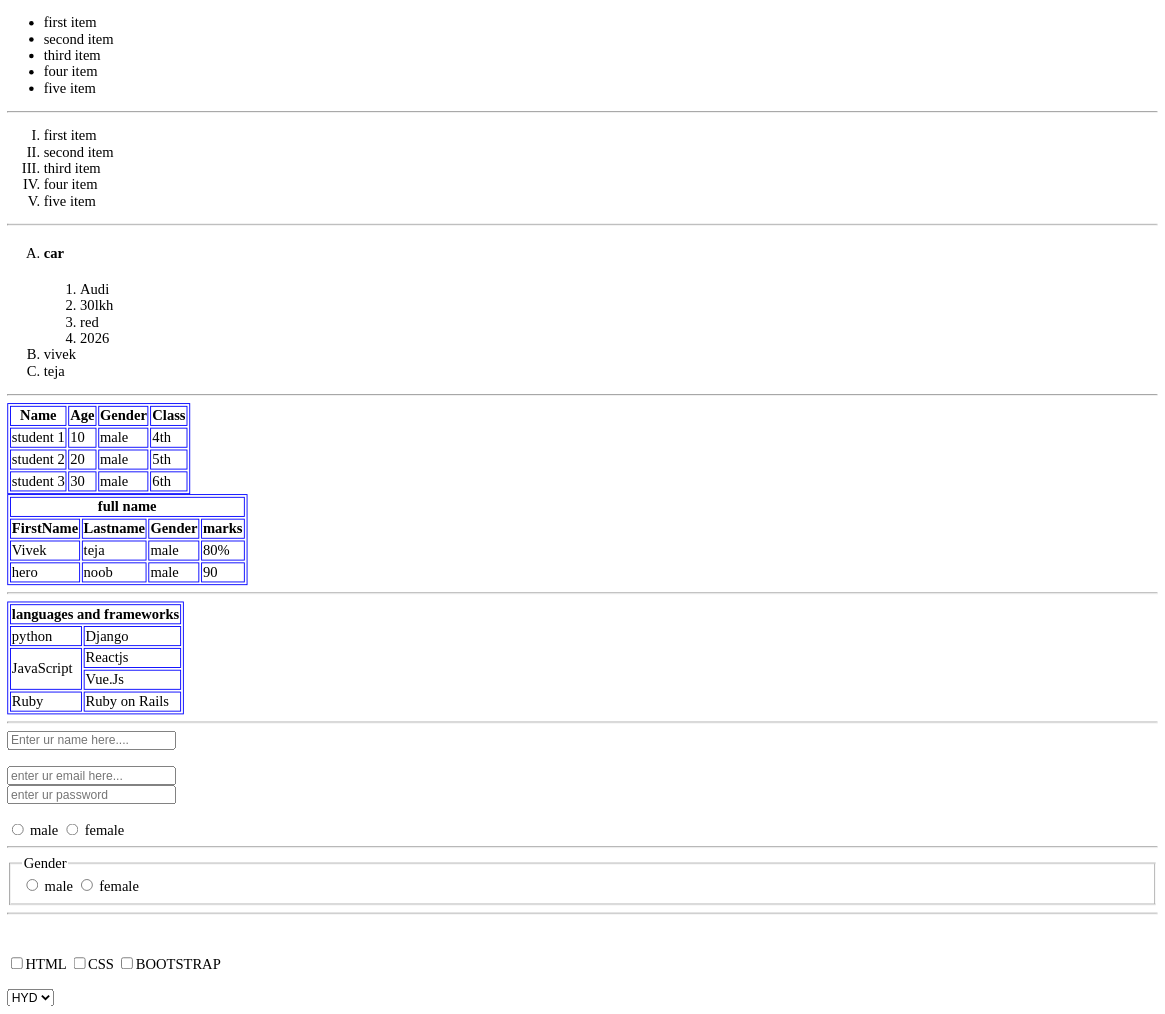
Repository: viveknaidu007/repo-166-Full-Stack-Development-Learning-Notes-Innomatics-2024
Page: module_1-html,css,bootstrap/spet_20_2024/index.html
An editor plug-in stored every save of this project. The page is shown before and after the next save, followed by the edit.
The browser window is 1280 px wide. The pictures show the whole page, at 91% of full size.

Above is the page before, as saved 2024-09-21 14:38:58.

### module_1-html,css,bootstrap/spet_20_2024/index.html
<!DOCTYPE html>
<html lang="en">
<head>
    <meta charset="UTF-8">
    <meta name="viewport" content="width=device-width, initial-scale=1.0">
    <title>intro</title>
    <style>
        table,th,td{
            border:1px solid blue;
        }
    </style>
</head>
<body>
    <ul>
        <li> first item</li>
        <li> second item</li>
        <li> third item</li>
        <li> four item</li>
        <li> five item</li>
    </ul>

    <hr>

    <ol type="I">
        <li> first item </li>
        <li> second item </li>
        <li> third item </li>
        <li> four item </li>
        <li> five item </li>
    </ol>

    <hr>

    <ol type="A">
        <li>
            <h4> car </h4>
            <ol>
                <li> Audi </li>
                <li> 30lkh </li>
                <li> red </li>
                <li> 2026 </li>
            </ol>
        </li>
        <li> vivek </li>
        <li> teja </li>
    </ol>

    <hr>

    <table>
        <tr>
            <th> Name </th>
            <th> Age </th>
            <th> Gender </th>
            <th> Class </th>
        </tr>

        <tr>
            <td> student 1</td>
            <td> 10 </td>
            <td> male </td>
            <td> 4th</td>
        </tr>

        <tr>
            <td> student 2</td>
            <td> 20 </td>
            <td> male </td>
            <td> 5th</td>
        </tr>

        <tr>
            <td> student 3</td>
            <td> 30 </td>
            <td> male </td>
            <td> 6th </td>
        </tr>


    </table>

    <table>
        <tr>
            <th colspan="4"> full name </th>
        </tr>
        <tr>
            <th> FirstName </th>
            <th> Lastname </th>
            <th> Gender </th>
            <th> marks </th>
        </tr>
        <tr>
            <td>Vivek</td>
            <td>teja</td>
            <td>male</td>
            <td>80%</td>
        </tr>
        <tr>
            <td> hero </td>
            <td> noob </td>
            <td> male </td>
            <td> 90 </td>
        </tr>

    </table>
    <hr>
    <table>
        <tr>
            <th colspan="2"> languages and frameworks </th>
        </tr>
        <tr>
            <td>python</td>
            <td>Django</td>
        </tr>
        <tr>
            <td rowspan="2">JavaScript</td>
            <td>Reactjs</td>
        </tr>
        <tr>
            <td>Vue.Js</td>
        </tr>
        <tr>
            <td>Ruby</td>
            <td>Ruby on Rails</td>
        </tr>
    </table>

    <hr>

    <input type="text" placeholder="Enter ur name here...."/>
    <br>
    <br>
    <input type="email" placeholder="enter ur email here..."/>
    <br>
    <input type="password" placeholder="enter ur password"/>
    <br> <br>
    <input type="radio" name="Gender" id="">
    male
    <input type="radio" name="Gender" id="">
    female
    <br>
    <hr>
    <fieldset>
        <legend>Gender</legend>
        <input type="radio" name="gender" id="" />
        male
        <input type="radio" name="gender" id="" />
        female
    </fieldset>
    <hr>
    <br>
    <br>
    <input type="checkbox" name="" id="">HTML
    <input type="checkbox" name="" id="">CSS
    <input type="checkbox" name="" id="">BOOTSTRAP
    <br> <br>
    <select name="" id="">
        <option value="">HYD</option>
        <option value="">MI</option>
        <option value="">kl</option>
        <option value="">mn</option>
    </select>
</body>
</html>

After the next save:
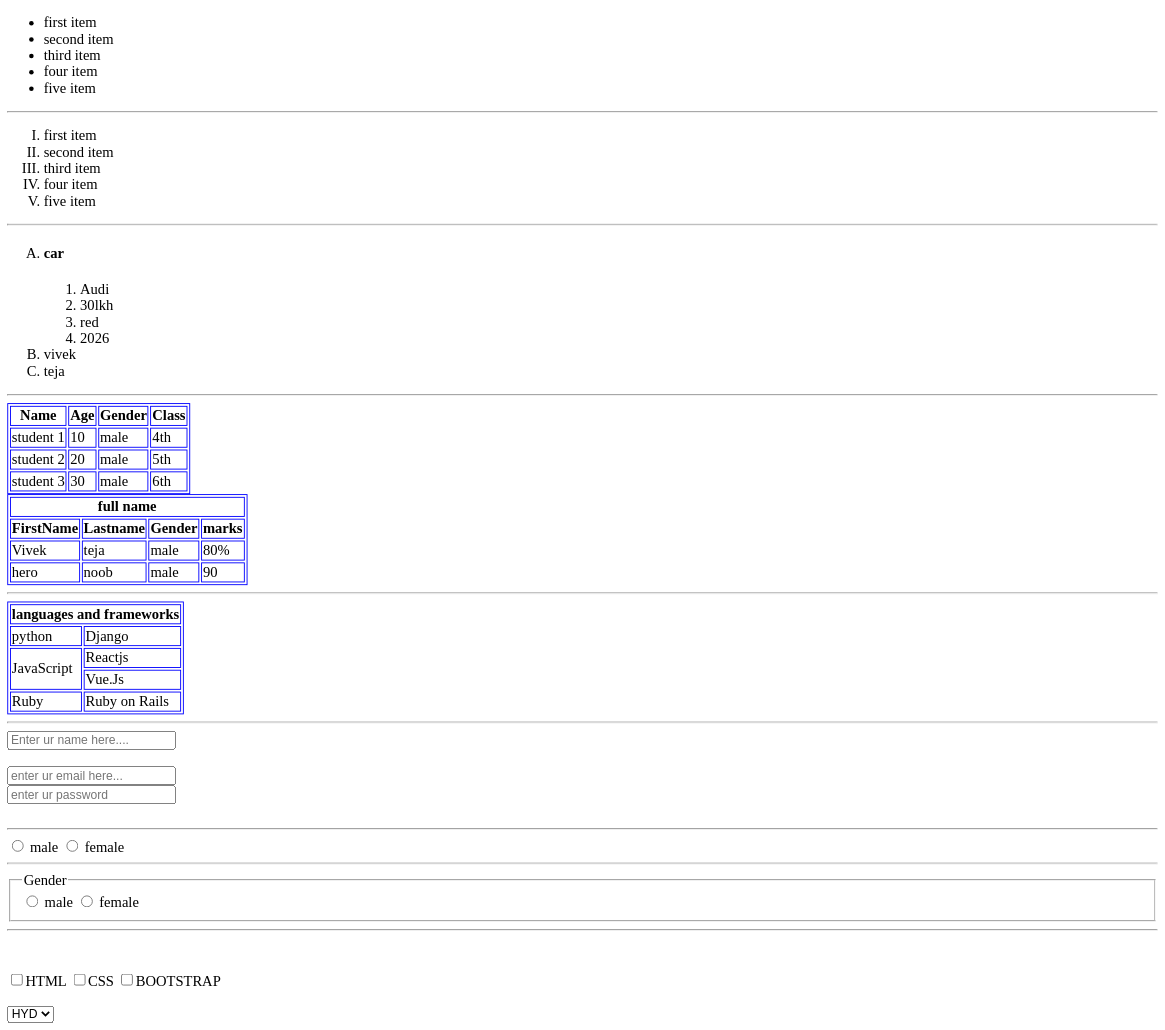
Saved 9 s later.
--- a/module_1-html,css,bootstrap/spet_20_2024/index.html
+++ b/module_1-html,css,bootstrap/spet_20_2024/index.html
@@ -133,7 +133,7 @@
     <input type="email" placeholder="enter ur email here..."/>
     <br>
     <input type="password" placeholder="enter ur password"/>
-    <br> <br>
+    <br> <br> <hr>
     <input type="radio" name="Gender" id="">
     male
     <input type="radio" name="Gender" id="">
